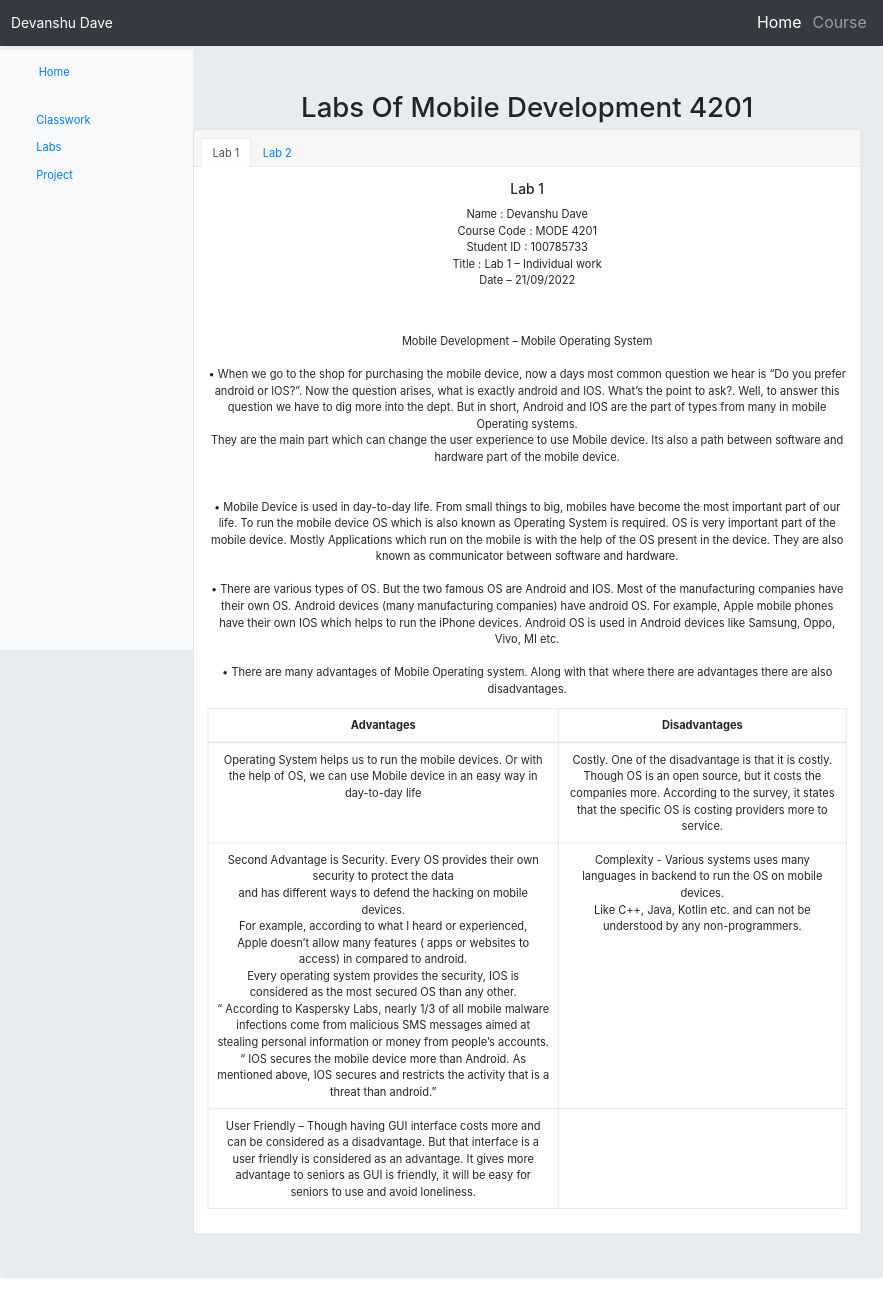
Repository: devanshudave1901/Mobile-Dev-Website
Page: labs.html
These files come from the project's save history. The page is drawn as it stood at one moment and after the next save; the edit follows.
The browser window is 1280 px wide. The pictures show the whole page, at 69% of full size.
Some web libraries are served in a nearby version.

Above is the page before, as saved 2022-10-05 15:47:07.

### labs.html
<!DOCTYPE html>
<html lang="en">
  <head>
    <meta charset="UTF-8" />
    <meta http-equiv="X-UA-Compatible" content="IE=edge" />
    <meta name="viewport" content="width=device-width, initial-scale=1.0" />
    <link
      rel="stylesheet"
      href="https://cdn.jsdelivr.net/npm/bootstrap@4.0.0/dist/css/bootstrap.min.css"
      integrity="sha384-Gn5384xqQ1aoWXA+058RXPxPg6fy4IWvTNh0E263XmFcJlSAwiGgFAW/dAiS6JXm"
      crossorigin="anonymous"
    />
    <link
      href="https://maxcdn.bootstrapcdn.com/font-awesome/4.2.0/css/font-awesome.min.css"
      rel="stylesheet"
    />
    <link rel="stylesheet" href="./css/style.css" />

    <style>
      .navbar-nav {
        margin-left: auto;
        font-size: 23px;
      }
      .welcomeHeading {
        text-shadow: 2px 2px red;
        text-align: center;
      }
      .welcomeText {
        text-align: center;
        font-family: "Sofia", sans-serif;
      }
      .featurette-heading {
        font-weight: 300;
        line-height: 1;
        letter-spacing: -0.05rem;
        margin-top: 20%;
      }
      .profileIamge {
        width: 250px;

        left: 300px;
      }
      .mobileDevProfile {
        margin-top: 10%;
        left: 100px;
      }
      .main {
        display: flex;
        flex-wrap: nowrap;
        height: 100vh;
        height: -webkit-fill-available;
        max-height: 100vh;
        overflow-x: auto;
        overflow-y: hidden;
      }
      .sideBar {
        height: 870px;
      }
    </style>
    <script
      src="https://code.jquery.com/jquery-3.2.1.slim.min.js"
      integrity="sha384-KJ3o2DKtIkvYIK3UENzmM7KCkRr/rE9/Qpg6aAZGJwFDMVNA/GpGFF93hXpG5KkN"
      crossorigin="anonymous"
    ></script>
    <script
      src="https://cdn.jsdelivr.net/npm/popper.js@1.12.9/dist/umd/popper.min.js"
      integrity="sha384-ApNbgh9B+Y1QKtv3Rn7W3mgPxhU9K/ScQsAP7hUibX39j7fakFPskvXusvfa0b4Q"
      crossorigin="anonymous"
    ></script>
    <script
      src="https://cdn.jsdelivr.net/npm/bootstrap@4.0.0/dist/js/bootstrap.min.js"
      integrity="sha384-JZR6Spejh4U02d8jOt6vLEHfe/JQGiRRSQQxSfFWpi1MquVdAyjUar5+76PVCmYl"
      crossorigin="anonymous"
    ></script>
    <title>Mobile Development - Lab 2</title>
  </head>
  <body>
    <div id="navBar">
      <nav class="navbar sticky-top navbar-expand-lg navbar-dark bg-dark">
        <a class="navbar-brand" href="#">Devanshu Dave</a>

        <div class="collapse navbar-collapse" id="navbarNavDropdown">
          <ul class="navbar-nav" mr-auto>
            <li class="nav-item active">
              <a class="nav-link" href="./index.html"
                >Home <span class="sr-only">(current)</span></a
              >
            </li>
            <li class="nav-item">
              <a class="nav-link" href="./course.html">Course</a>
            </li>
          </ul>
        </div>
      </nav>
    </div>
    <div id="sideBar">
        <div
        class="d-flex flex-column flex-shrink-0 p-3 bg-light sideBar"
        style="width: 280px"
      >
        <a
          href="/"
          class="d-flex align-items-center mb-3 mb-md-0 me-md-auto link-dark text-decoration-none"
        >
          <svg class="bi me-2" width="40" height="32">
            <use xlink:href="#bootstrap" />
          </svg>
          <span class="fs-4">Home</span>
        </a>
        <hr />
        <ul class="nav nav-pills flex-column mb-auto">
          <li>
            <a href="index.html" class="nav-link link-dark">
              <svg class="bi me-2" width="16" height="16">
                <use xlink:href="#table" />
              </svg>
              Classwork
            </a>
          </li>
          <li class="nav-item">
            <a href="labs.html" class="nav-link" aria-current="page">
              <svg class="bi me-2" width="16" height="16">
                <use xlink:href="#home" />
              </svg>
              Labs
            </a>
          </li>
          <li>
            <a href="#" class="nav-link link-dark">
              <svg class="bi me-2" width="16" height="16">
                <use xlink:href="#speedometer2" />
              </svg>
              Project
            </a>
          </li>
        </ul>
        <hr />
      </div>
      <br />
      <br />
      <br />
    </div></div>
    <div id="mainBar">
        <div class="jumbotron">
        <h1>Labs Of Mobile Development 4201</h1>

        <div class="card text-center">
            <div class="card-header">
              <ul class="nav nav-tabs card-header-tabs">
                <li class="nav-item">
                  <a class="nav-link active" href="">Lab 1</a>
                </li>
                <li class="nav-item">
                  <a class="nav-link" href="#">Lab 2</a>
                </li>

              </ul>
            </div>
            <div class="card-body">
              <h5 class="card-title">Lab 1</h5>
              <p class="card-text">
                Name : Devanshu Dave <br/>
				Course Code : MODE 4201<br/>
				Student ID : 100785733<br/>
				Title : Lab 1 – Individual work<br/>
				Date – 21/09/2022<br/>

              </p>
              <br/>
              <br/>
              <p>
                Mobile Development – Mobile Operating System<br/><br/>

                •	When we go to the shop for purchasing the mobile device, now a days most common question we hear is “Do you prefer android or IOS?”. Now the question arises, what is exactly android and IOS. What’s the point to ask?. Well, to answer this question we have to dig more into the dept. But in short, Android and IOS are the part of types from many in mobile Operating systems. <br/>They are the main part which can change the user experience to use Mobile device. Its also a path between software and hardware part of the mobile device. <br/><br/><br/>
                •	Mobile Device is used in day-to-day life. From small things to big, mobiles have become the most important part of our life. To run the mobile device OS which is also known as Operating System is required. OS is very important part of the mobile device. Mostly Applications which run on the mobile is with the help of the OS present in the device. They are also known as communicator between software and hardware.<br/><br/>
                •	 There are various types of OS. But the two famous OS are Android and IOS. Most of the manufacturing companies have their own OS. Android devices (many manufacturing companies) have android OS. For example, Apple mobile phones have their own IOS which helps to run the iPhone devices. Android OS is used in Android devices like Samsung, Oppo, Vivo, MI etc.<br/><br/>
                •	 There are many advantages of Mobile Operating system. Along with that where there are advantages there are also disadvantages. <br/>

              </p>
              <table class="table table-bordered">
                <thead>
                  <tr>

                    <th scope="col">Advantages</th>
                    <th scope="col">Disadvantages</th>

                  </tr>
                </thead>
                <tbody>
                  <tr>

                    <td>Operating System helps us to run the mobile devices.
                         Or with the help of OS, we can use Mobile device in an
                         easy way in day-to-day life</td>
                    <td>Costly. One of the disadvantage is that it is costly.
                        Though OS is an open source, but it costs the companies more.
                         According to the survey, it states that the specific OS is costing providers more to service.</td>
                  </tr>
                  <tr>
                    <td>Second Advantage is Security. Every OS provides their own security to protect the data  <br/>and has different ways to defend the hacking on mobile devices.
                        <br/> For example, according to what I heard or experienced,<br/> Apple doesn’t allow many features ( apps or websites to access) in compared to android.<br/>
                         Every operating system provides the security, IOS is considered as the most secured OS than any other.
                         <br/>   “ According to Kaspersky Labs, nearly 1/3 of all mobile malware infections come from malicious SMS messages aimed at stealing personal information or money from people’s accounts. <br/>“ IOS secures the mobile device more than Android.
                         As mentioned above, IOS secures and restricts the activity that is a threat than android.”</td>
                    <td>  Complexity -  Various systems uses many languages in backend to run the OS on mobile devices.
                        <br/>  Like C++, Java, Kotlin etc. and can not be understood by any non-programmers.</td>
                  </tr>
                  <tr>
                    <td>
                        User Friendly – Though having GUI interface costs more and can be
                         considered as a disadvantage. But that interface is a user friendly is considered as an advantage.
                        It gives more advantage to seniors as GUI is friendly, it will be
                         easy for seniors to use and avoid loneliness.
                    </td>
                    <td>

                    </td>
                  </tr>
                </tbody>
              </table>
            </div>
          </div>
      </div></div>
  </body>
</html>

### css/style.css
#sideBar {
  height: 570px;
  margin-top: 5px;
  float: left;
  /* text-align: center; */
}

#mainBar {
  text-align: center;
}

After the next save:
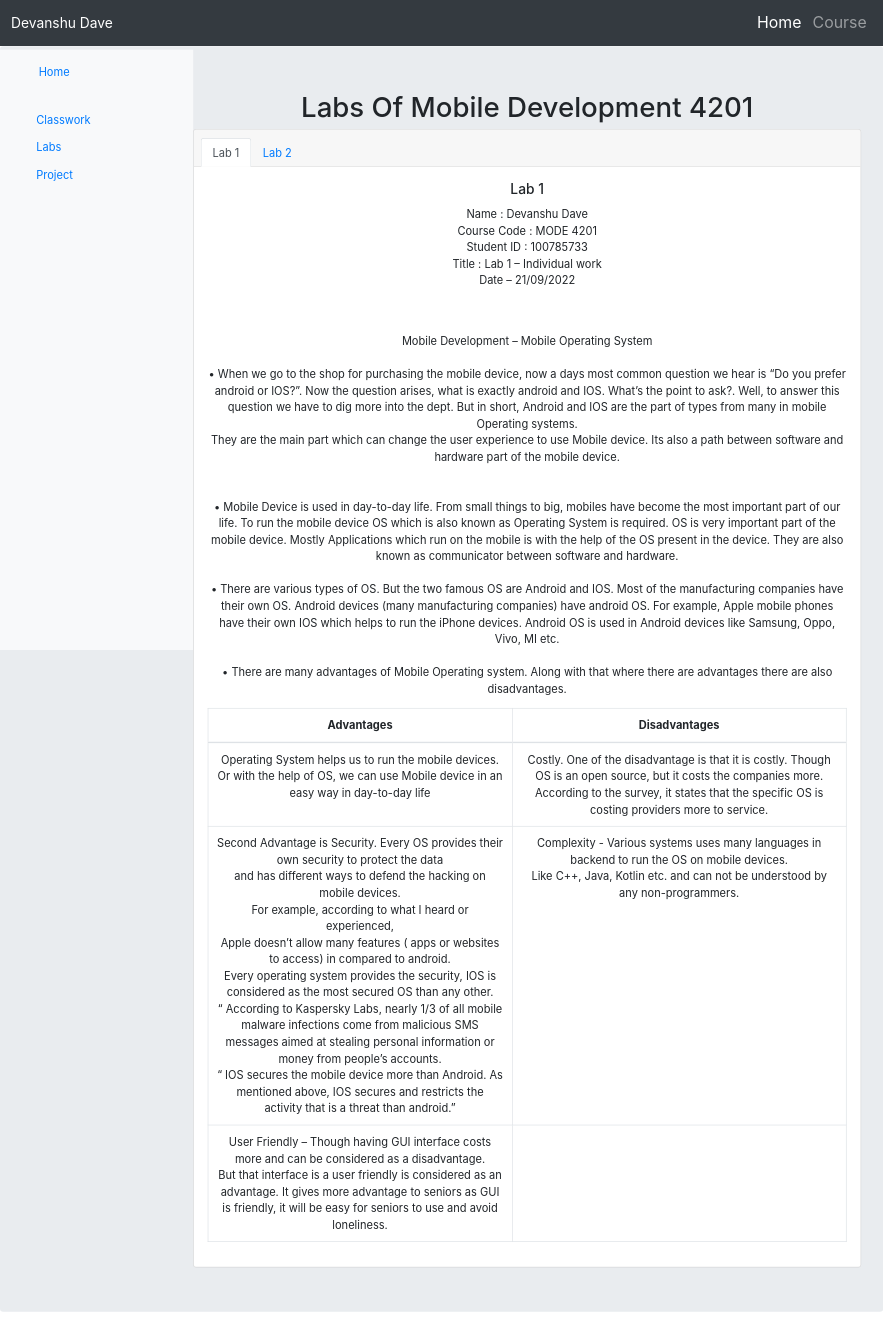
Saved 14 s later.
--- a/labs.html
+++ b/labs.html
@@ -208,7 +208,7 @@
                   <tr>
                     <td>
                         User Friendly – Though having GUI interface costs more and can be
-                         considered as a disadvantage. But that interface is a user friendly is considered as an advantage.
+                         considered as a disadvantage. <br/>But that interface is a user friendly is considered as an advantage.
                         It gives more advantage to seniors as GUI is friendly, it will be
                          easy for seniors to use and avoid loneliness.
                     </td>
